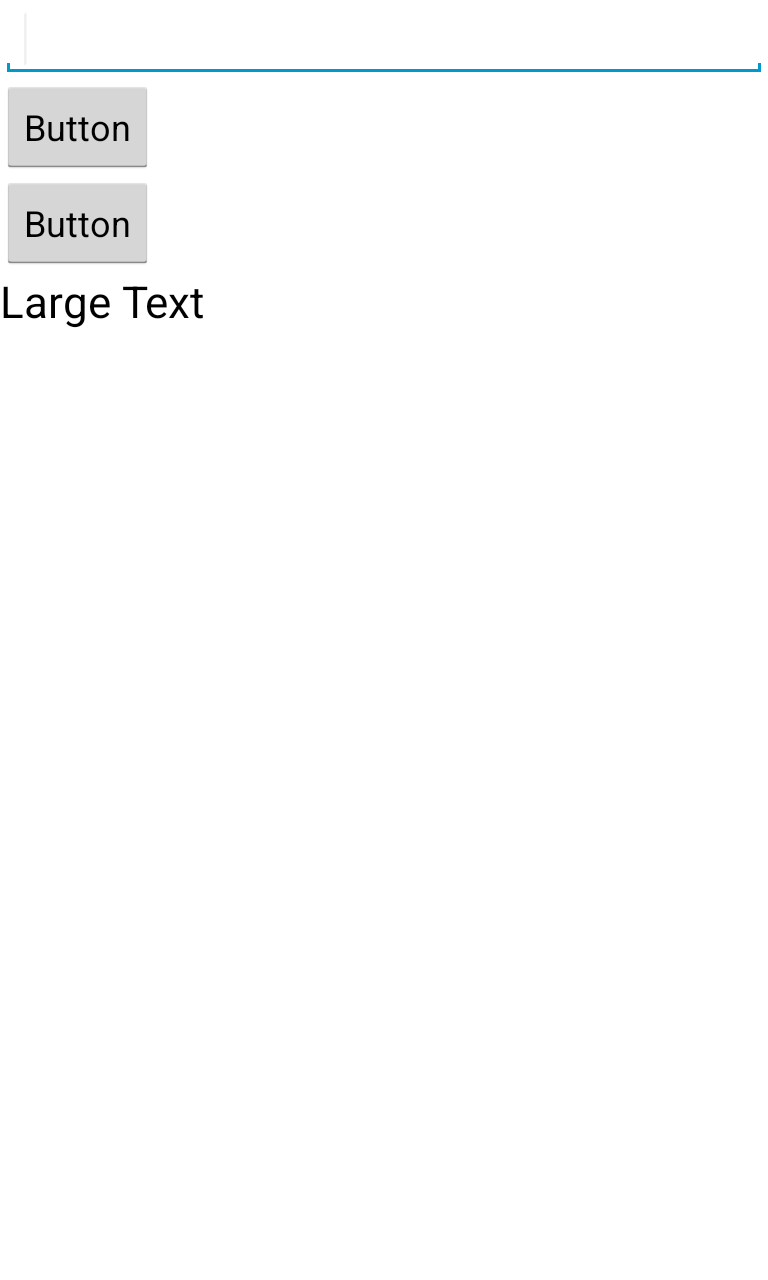
Repository: pcombi/android_dev
Layout: ExampleApp/res/layout/sharedpreferences.xml
These files come from the project's save history. The layout is drawn as it stood at one moment and after the next save; the edit follows.
It is drawn on a 768 x 1280 px phone screen (xhdpi) without system bars, with theme AppTheme; the app's code is not run.

Above is the layout before, as saved 2012-12-25 16:17:24.

After the next save:
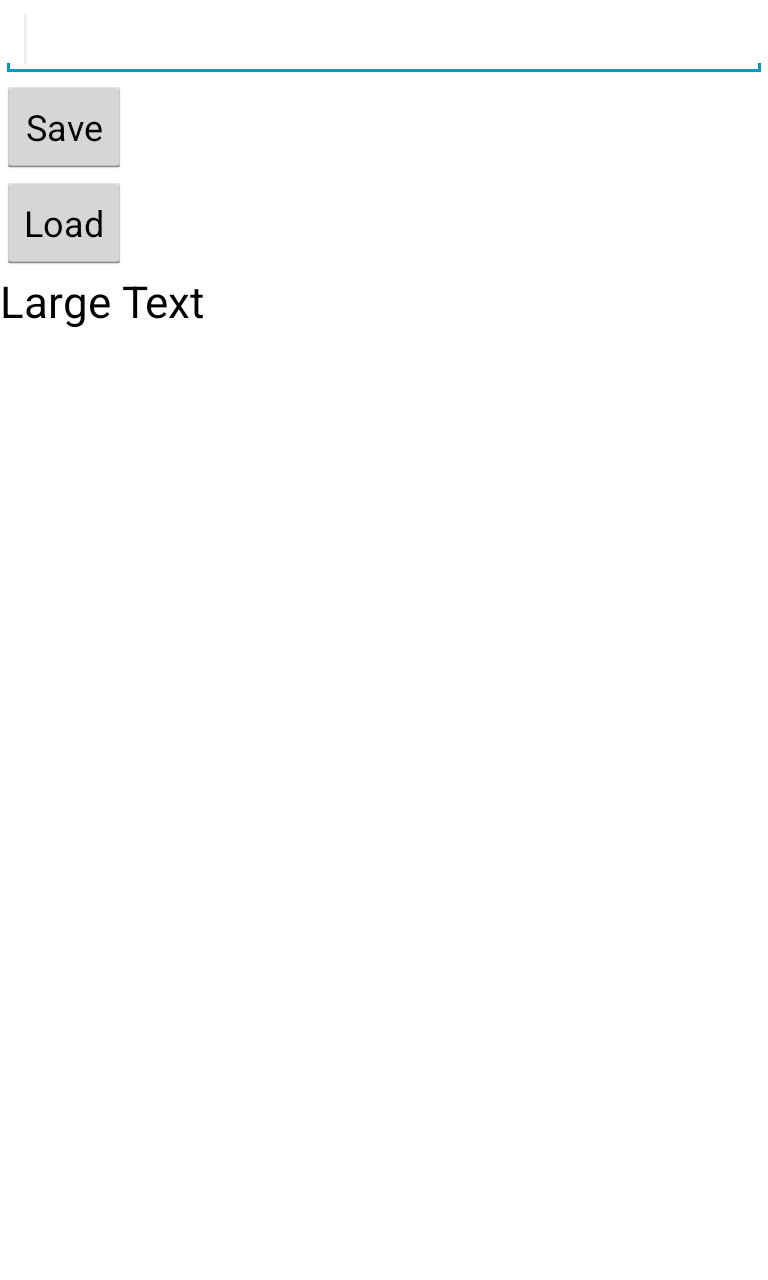
Saved 2 min 2 s later.
--- a/ExampleApp/res/layout/sharedpreferences.xml
+++ b/ExampleApp/res/layout/sharedpreferences.xml
@@ -17,13 +17,13 @@
         android:id="@+id/bSave"
         android:layout_width="wrap_content"
         android:layout_height="wrap_content"
-        android:text="Button" />
+        android:text="Save" />
 
     <Button
         android:id="@+id/bLoad"
         android:layout_width="wrap_content"
         android:layout_height="wrap_content"
-        android:text="Button" />
+        android:text="Load" />
 
     <TextView
         android:id="@+id/tvResult"
